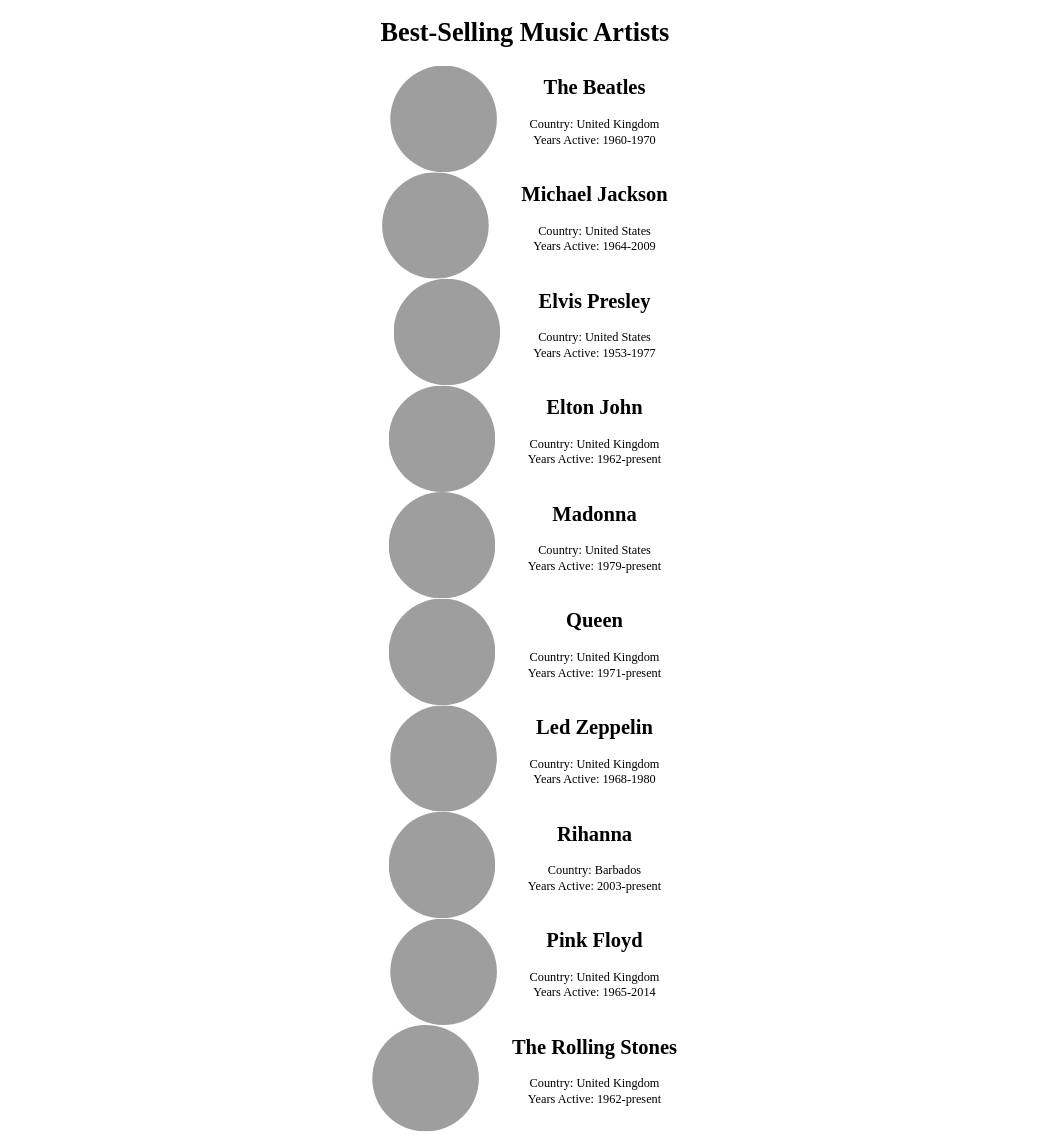
Repository: SamanthaYan298/my_artists
Page: /
These files come from the project's save history. The page is drawn as it stood at one moment and after the next save; the edit follows.
The browser window is 1280 px wide. The pictures show the whole page, at 82% of full size.
Pictures or frames that could not be fetched are drawn as grey boxes. The project was rebuilt for these pictures with package versions that can differ from the ones it lists, and the page was loaded fresh each time. Also part of the build but not shown: vite.config.js.

Above is the page before, as saved 2024-09-16 18:17:58.

After the next save:
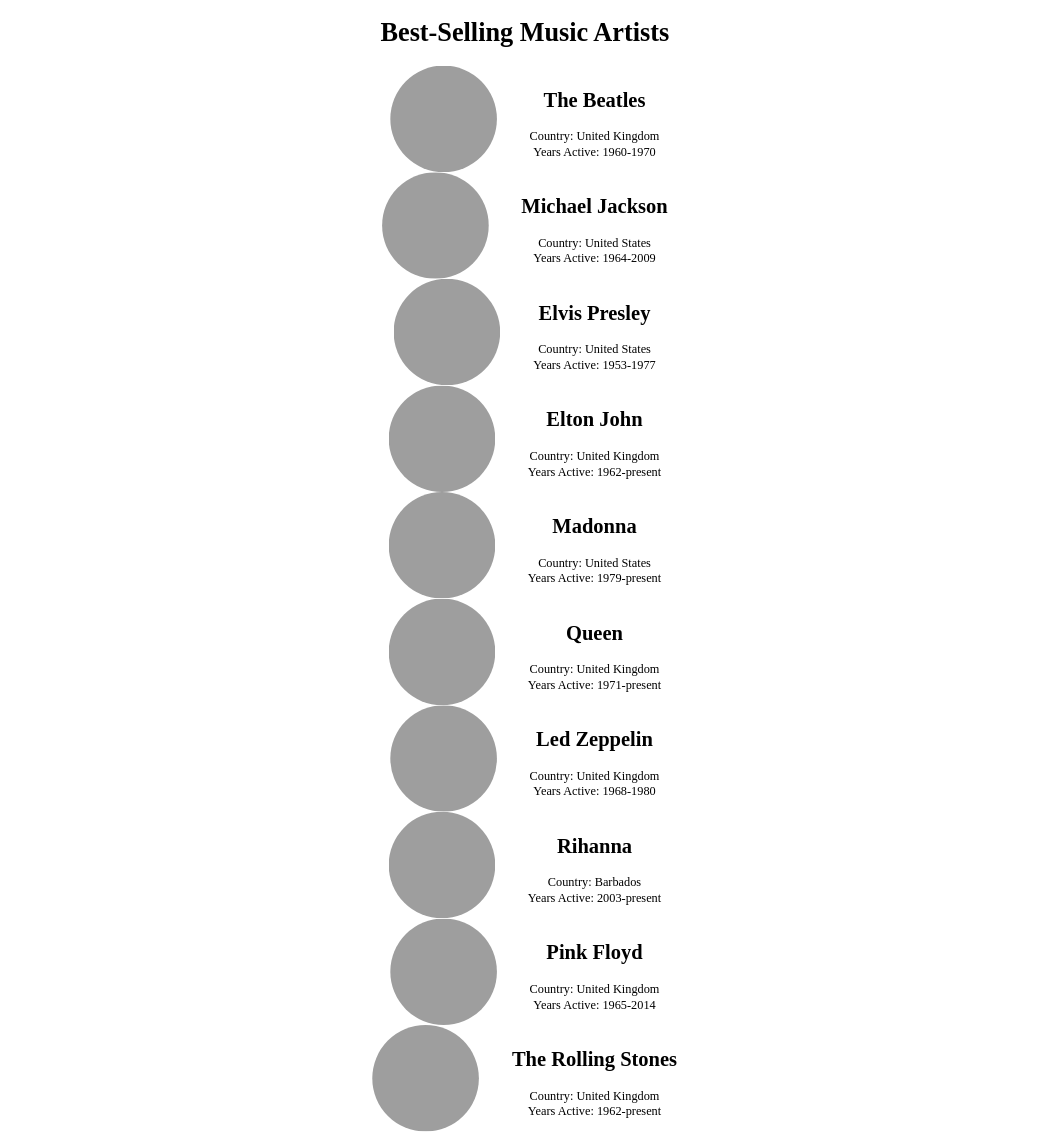
Saved 24 s later.
--- a/src/index.css
+++ b/src/index.css
@@ -13,6 +13,6 @@
 }
 
 .names {
-    padding-bottom: 15px;
+    padding: 15px 0;
     font-size: 25px;
 }
